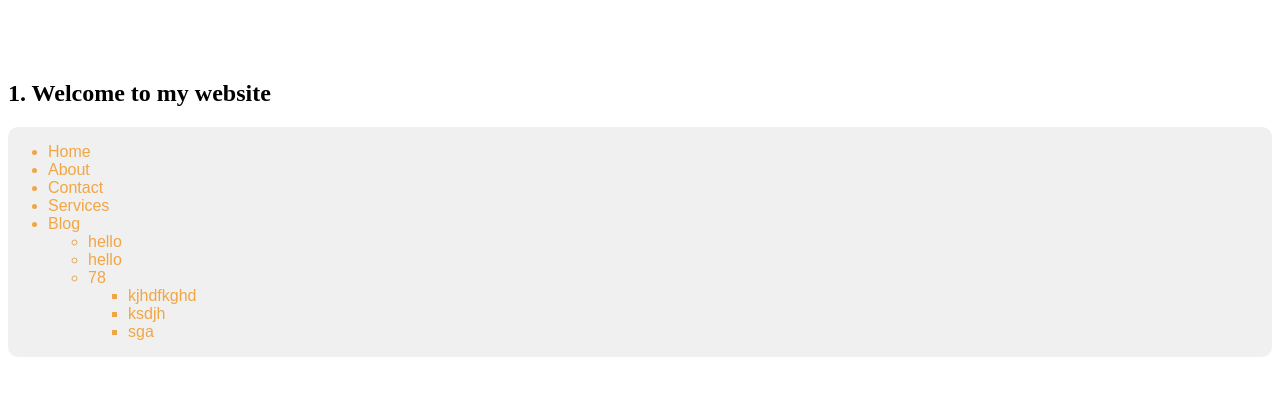
Repository: phulkeshwarmahto/CompleteJS
Page: index.html
These files come from the project's save history. The page is drawn as it stood at one moment and after the next save; the edit follows.
The browser window is 1280 px wide. The pictures show the whole page.

Above is the page before, as saved 2025-06-25 12:47:16.
Console error: ReferenceError: green is not defined

### index.html
<!DOCTYPE html>
<html lang="en">
<head>
    <meta charset="UTF-8">
    <meta name="viewport" content="width=device-width, initial-scale=1.0">
    <title>Document</title>
    <link rel="stylesheet" href="style.css">
</head>
<body>
    <h1 style="visibility: hidden;">1. Welcome to my website</h1>
    <h2>1. Welcome to my website</h2>
    <div id="list" ><ul>
        <li>Home</li>
        <li>About</li>
        <li>Contact</li>
        <li>Services</li>
        <li>Blog</li>
        <div name="jsw"><ul><li>
            hello
            <li>hello
                <li>78<ul class="list-unstyled">
                    <li>
                        kjhdfkghd
                    </li>
                    <li>ksdjh</li>
                    <li>sga</li>
                </ul></li>
            </li>
        </li></ul></div>
    </ul></div>
    <!-- <h1 id="myH">I am learning JavaScipt
    </h1>
    <p id="myP">this is an example <p>hello this is me</p></p>
    <p class="para" >today is monday and I am learnig DOM in js</p>
    <button onclick="window.print()">Click here to Print</button>
    <p >this is another paragraph</p>
    <p >this is another paragraph</p> -->
</body>
<script src="first.js">
</script>
<script src="DocumentObjectModel(DOM).js"></script>
</html>

### style.css
#list{
    width: 100%;
    height: 100%;
    overflow: auto;
    background-color: #f0f0f0;
    color: rgb(240, 166, 70);
    font-family: Arial, sans-serif;
    border: solid-Black 1px;
    border-radius: 10px;
}

### DocumentObjectModel(DOM).js
/* DOM = it is a programming interface for HTML and XML documents.
It represents the structure of a document as a tree of objects, allowing scripts to access and manipulate the content, structure, and style of a document.
The DOM provides a way to interact with the document, allowing developers to create dynamic web pages and applications by modifying the document structure, style, and content in response to user actions or other events.

 The DOM is language-agnostic, meaning it can be used with various programming languages, but it is most commonly associated with JavaScript in web development.
The DOM is a standard that defines the structure and behavior of documents, and it is implemented by web browsers to provide a consistent interface for developers to work with HTML and XML documents.
The DOM is a tree-like structure where each node represents a part of the document, such as an element, attribute, or text content.
The DOM provides methods and properties to traverse the document tree, access and modify elements, attributes, and text content, and respond to events such as user interactions.
The DOM is an essential part of web development, enabling developers to create interactive and dynamic web applications by manipulating the document structure and content in real-time.


/*  structutre of the DOM
+-----------+
|  window   |
+-----------+
     |
+-----------+
| document  |
+-----------+
     |
+-----------+
|   html    |
+-----------+
   /     \
 /         \
v           v
+------+   +------+
| head |   | body |
+------+   +------+
  |          |   \
  |          |    \
  v          v     v
+------+   +------+ +--------+
| meta |   |  div | | script |
+------+   +------+ +--------+
| meta |     |
+------+     v
|title |  +------+------+---+
+------+  | img, h1, p, div |
| link |  +-------------+---+
+------+

all boxes are nodes and also a objects in the DOM.
Each node can have attributes, child nodes, and text content.
*/

// Accessing the global object and document object in the browser environment

// console.dir(window); // window is the global object in the browser environment
// console.dir(document); // document is a property of the window object, representing the DOM of the current page
// console.dir(document.documentElement); // Represents the root element of the document (usually <html>)
// console.dir(document.head); // Represents the <head> element of the document
// console.dir(document.body); // Represents the <body> element of the document

// let word = document.getElementById("myH")
// console.dir(word); // Accessing an element by its ID
// console.dir(word.innerHTML); // Accessing the inner HTML of the element
// console.log(word.tagName); // Logging the tag name of the element (e.g., "H1")

// let elements = document.getElementsByClassName("para");
// console.dir(elements); // Accessing elements by their class name
// console.log(elements); // Logging the HTMLCollection of elements with the class "para"

// let paragraphs = document.getElementsByTagName("p");
// console.dir(paragraphs); // Accessing all <p> elements in the document
// console.log(paragraphs); // Logging the HTMLCollection of <p> elements

// // querySelector and querySelectorAll
// let firstPara = document.querySelector("p"); // Selects the first <p> element in the document
// console.dir(firstPara); // Logging the first <p> element
// console.log(firstPara); // Logging the first <p> element
// let allParas = document.querySelectorAll("p"); // Selects all <p> elements in the document
// console.dir(allParas); // Logging the NodeList of all <p> elements
// console.log(allParas); // Logging the NodeList of all <p> elements

// // element tags?
// console.log(document.body.firstChild); // Accessing the first child of the body element
// console.log(document.body.lastChild); // Accessing the last child of the body element
// let child = document.querySelector("p").children; // Accessing the children of the first paragraph element
// console.dir(child); // Logging the HTMLCollection of children of the first <div> element
// console.log(child); // Logging the HTMLCollection of children of the first <div> element

//
// let div = document.querySelector("div"); // Selecting the first <div> element
// console.dir(div); // Logging the <div> element
// console.log(div); // Logging the <div> element
// console.log(div.innerText) ; // Accessing the inner text of the <div> element
// console.log(div.innerHTML); // Accessing the inner HTML of the <div> element
// console.log(div.textContent); // Accessing the text content of the <div> element even id content is not visible
// // console.log(div.innerText =  "Hello World!"); // Modifying the inner text of the <div> element
// // console.log(div.innerHTML = "<h1>Hello World!</h1>"); // Modifying the inner HTML of the <div> element
// let heading = document.querySelector("h2"); // Selecting the first <h2> element
// console.dir(heading); // Logging the <h2> element
// console.log(heading); // Logging the <h2> element
// console.log(heading.innerText = "2.Welcome to my website"); // Accessing the inner text of the <h2> element
// console.log(heading.innerHTML = "<h1>Welcome to my website</h1>"); // Modifying the inner HTML of the <h2> element

// let heading2 = document.querySelector("h1"); // Selecting the first <h2> element
// console.dir(heading2); // Logging the <h1> element
// console.log(heading2); // Logging the <h1> element
// console.log(heading2.innerText ); // Accessing the inner text of the <h1> element
// console.log("");
// console.log(heading2.textContent); // Modifying the text content of the <h2> element

// let div = document.querySelector("div")
// console.log(div);

// let id = div.getAttribute("id");
// console.log(id);

// let name = div.getAttribute("name");
// console.log(name);

// let setId = div.setAttribute("id","newId");

// console.log(setId); // Setting a new id attribute for the <div> element
// let setName = div.setAttribute("name","newName");
// console.log(setName); // Setting a new name attribute for the <div> element


let div = document.querySelector("div");
console.log(div.style); // Accessing the style property of the <div> element
console.log(div.style.color); // Accessing the color style of the <div> element
console.log(div.style.backgroundColor = green); // Accessing the background color style of the <div> element
console.log(div.style.fontSize); // Accessing the font size style of the <div>
console.log(div.style.fontWeight); // Accessing the font weight style of the <div>

Loaded but not shown: first.js (no copy from this time; the picture is the same without it)

After the next save:
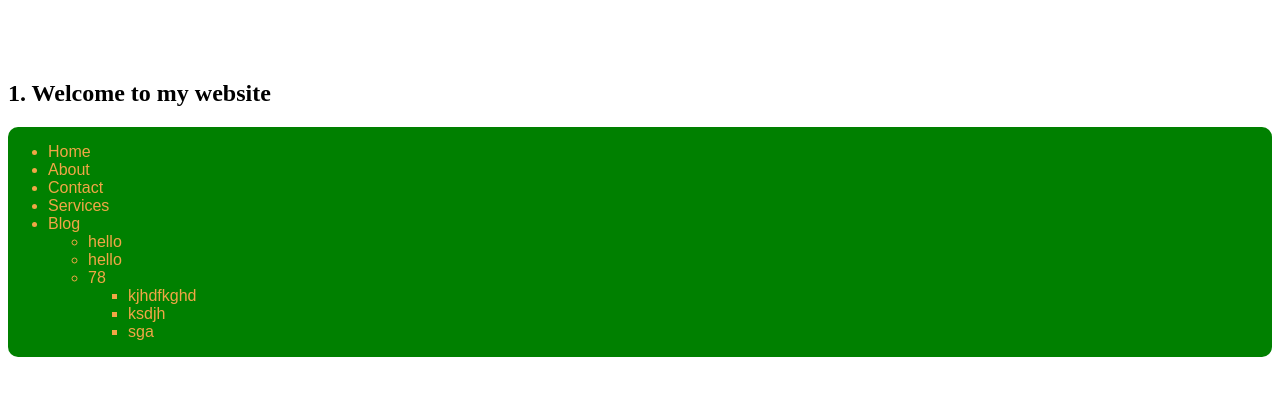
The error is gone.
Saved 7 s later.
--- a/DocumentObjectModel(DOM).js
+++ b/DocumentObjectModel(DOM).js
@@ -121,6 +121,6 @@ Each node can have attributes, child nodes, and text content.
 let div = document.querySelector("div");
 console.log(div.style); // Accessing the style property of the <div> element
 console.log(div.style.color); // Accessing the color style of the <div> element
-console.log(div.style.backgroundColor = green); // Accessing the background color style of the <div> element
+console.log(div.style.backgroundColor = "green"); // Accessing the background color style of the <div> element
 console.log(div.style.fontSize); // Accessing the font size style of the <div>
 console.log(div.style.fontWeight); // Accessing the font weight style of the <div>
